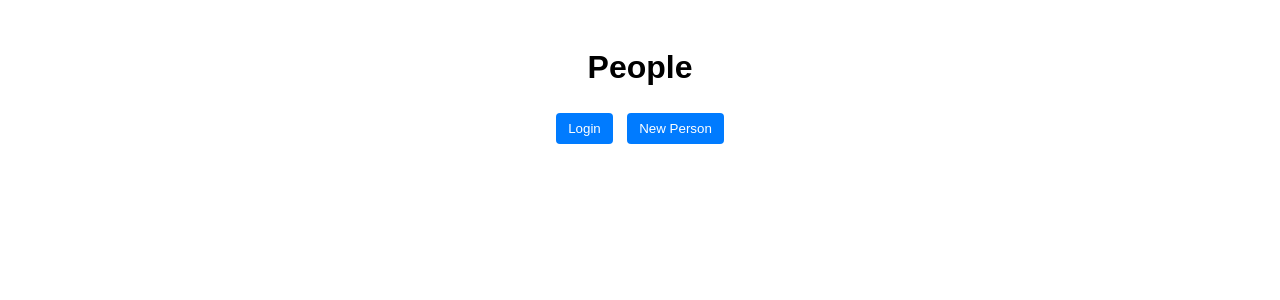
Repository: VutukuruVarshini/json
Page: index.html
These files come from the project's save history. The page is drawn as it stood at one moment and after a run of saves; the edit follows.
The browser window is 1280 px wide. The pictures show the whole page.

Above is the page before, as saved 2025-09-05 10:46:27.

### index.html
<!--hi-->

<!DOCTYPE html>
<html lang="en">
<head>
  <meta charset="UTF-8">
  <title>People App</title>
  <link rel="stylesheet" href="style.css">
</head>
<body>
  <h1>People </h1>

  <!-- Option to choose Login or New Entry -->
   <div id="option-container">
    <button id="login-btn">Login</button>
     <button id="new-entry-btn">New Person</button>
    </div>
    <!-- Login Form -->
    <div id="login-container">
    </div>


  <form id="personForm">
  <input type="text" id="first_name" placeholder="First Name" required>
  <input type="text" id="last_name" placeholder="Last Name" required>
  <input type="email" id="email" placeholder="Email" required>

  <!-- Avatar: URL OR File -->
  <input type="text" id="avatar_url" placeholder="Avatar URL (optional)">
  <input type="file" id="avatar_file" accept="image/*">

  <button type="submit">Add</button>
  <button type="button" id="person-back-btn">⬅ Back</button>
</form>


<!-- Avatar Modal -->
<div id="avatar-modal" class="modal">
  <div class="modal-content">
    <span class="close-btn">&times;</span>
    <img id="modal-avatar" src="" alt="Profile Picture">
    <input type="file" id="new-avatar-file" accept="image/*">
    <div>
      <button id="save-avatar-btn">Save</button>
      <button id="back-avatar-btn">Back</button>
    </div>
  </div>
</div>


  <!-- Logout -->
  <button id="logout-btn">Logout</button>

  <!-- People Display -->
  <div id="people" class="people"></div>
  <div id="pagination" class="pagination"></div>

  <script src="script.js"></script>
</body>
</html>

### style.css


body {
  font-family: Arial, sans-serif;
  padding: 20px;
  text-align: center;
}

#login-container, #personForm {
  margin: 20px auto;
  max-width: 300px;
  display: none;
}

#personForm input, #login-container input {
  width: 90%;
  margin: 5px 0;
  padding: 8px;
}

button {
  padding: 8px 12px;
  margin: 5px;
  cursor: pointer;
}

button:disabled {
  cursor: not-allowed;
  opacity: 0.6;
}

/* People container */
#people {
  display: flex;
  flex-direction: column;
  gap: 20px;
  margin-top: 20px;
  align-items: center;
}

/* Row styling */
.row {
  display: flex;
  justify-content: center;
  gap: 20px;
}

/* First row → 4 profiles */
.row-4 .card {
  flex: 1 1 20%;
  max-width: 200px;
}

/* Second row → 2 profiles */
.row-2 .card {
  flex: 1 1 40%;
  max-width: 250px;
}

/* Card styling */
.card {
  border: 1px solid #ddd;
  border-radius: 8px;
  padding: 10px;
  position: relative;
  background: #f9f9f9;
  text-align: center;
  transition: transform 0.2s;
}

.card:hover {
  transform: scale(1.05);
}

.card img {
  width: 100px;
  height: 100px;
  border-radius: 50%;
  object-fit: cover;
  margin-bottom: 10px;
}

/* Menu styling */
.menu {
  position: absolute;
  top: 10px;
  right: 10px;
}

.menu-content {
  display: none;
  position: absolute;
  right: 0;
  background: white;
  border: 1px solid #ccc;
  padding: 5px;
  border-radius: 4px;
  z-index: 1;
}

/* Buttons inside menu (Save/Delete) */
.menu-content .save-btn,
.menu-content .delete-btn {
  display: block;
  width: 100%;
  border: none;
  background-color: #007bff;
  color: white;
  text-align: center;
  padding: 6px 0;
  margin-bottom: 4px; /* small gap between buttons */
  border-radius: 4px;
  cursor: pointer;
  transition: background 0.3s;
}

.menu-content .save-btn:hover,
.menu-content .delete-btn:hover {
  background-color: #0056b3;
}

/* Top buttons: Login, New Person, Logout */
button#login-btn,
button#new-entry-btn,
button#logout-btn {
  background-color: #007bff;
  color: white;
  border: none;
  padding: 8px 12px;
  border-radius: 4px;
  cursor: pointer;
  transition: background 0.3s;
}

button#login-btn:hover,
button#new-entry-btn:hover,
button#logout-btn:hover {
  background-color: #0056b3;
}

/* Avatar modal */
.modal {
  display: none;
  position: fixed;
  z-index: 1000;
  left: 0; top: 0;
  width: 100%; height: 100%;
  background-color: rgba(0,0,0,0.7);
  justify-content: center;
  align-items: center;
}

.modal-content {
  background: #fff;
  padding: 20px;
  border-radius: 8px;
  text-align: center;
  max-width: 400px;
  width: 90%;
}

.modal-content img {
  max-width: 200px;
  max-height: 200px;
  border-radius: 50%;
  margin-bottom: 15px;
}

.close-btn {
  position: absolute;
  top: 10px;
  right: 20px;
  font-size: 24px;
  cursor: pointer;
}

### script.js

// JS.js
const API_URL =       "http://localhost:8000/people"; // backend API //"https://vutukuruvarshini.github.io/json/people"
const UPLOAD_URL =    "http://localhost:8000/upload";// upload endpoint for avatars// "https://vutukuruvarshini.github.io/json/upload"

let currentPage = 1;
let isLoggedIn = false;
let currentUser = null;

// DOM Elements
const loginContainer = document.getElementById("login-container");
const personForm = document.getElementById("personForm");
const peopleContainer = document.getElementById("people");
const paginationContainer = document.getElementById("pagination");
const optionContainer = document.getElementById("option-container");
const loginBtnOption = document.getElementById("login-btn");
const newEntryBtnOption = document.getElementById("new-entry-btn");
const logoutBtn = document.getElementById("logout-btn");

// --- INITIAL STATE ---
function resetView() {
  optionContainer.style.display = "block";
  loginContainer.style.display = "none";
  personForm.style.display = "none";
  peopleContainer.style.display = "none";
  paginationContainer.style.display = "none";
  logoutBtn.style.display = "none";
}
resetView();

// --- Toggle Login / New Person ---
loginBtnOption.addEventListener("click", () => {
  optionContainer.style.display = "none";
  loginContainer.style.display = "block";
  personForm.style.display = "none";
});

newEntryBtnOption.addEventListener("click", () => {
  optionContainer.style.display = "none";
  personForm.style.display = "block";
  loginContainer.style.display = "none";
});

// --- Render Login Form ---
const loginForm = document.createElement("form");
loginForm.innerHTML = `
  <h2>Login</h2>
  <input type="text" id="login_name" placeholder="First Name" required>
  <input type="email" id="login_email" placeholder="Email" required>
  <button type="submit">Login</button>
`;
loginContainer.appendChild(loginForm);

// --- Helper: non-blocking success banner ---
function showBanner(msg, bg = "lightgreen") {
  const bar = document.createElement("div");
  bar.textContent = msg;
  bar.style.background = bg;
  bar.style.padding = "10px";
  bar.style.textAlign = "center";
  bar.style.fontWeight = "600";
  bar.style.borderBottom = "1px solid #ccc";
  document.body.prepend(bar);
  return bar;
}

// --- LOGIN ---
loginForm.addEventListener("submit", async (e) => {
  e.preventDefault();
  const name = document.getElementById("login_name").value.trim();
  const email = document.getElementById("login_email").value.trim();

  try {
    const res = await fetch(`${API_URL}/search?email=${encodeURIComponent(email)}`);
    const data = await res.json();
    const found = data.data.find(p => p.first_name.toLowerCase() === name.toLowerCase());

    if (found) {
      isLoggedIn = true;
      currentUser = found;

      const banner = showBanner("Login successful!");
      setTimeout(() => {
        banner.remove();
        showProfilesPage();
      }, 1000);
    } else {
      alert("Invalid login!");
    }
  } catch (err) {
    console.error(err);
    alert("Error logging in!");
  }
});

// --- ADD NEW PERSON ---
personForm.addEventListener("submit", async (e) => {
  e.preventDefault();

  const firstName = document.getElementById("first_name").value.trim();
  const lastName = document.getElementById("last_name").value.trim();
  const email = document.getElementById("email").value.trim();
  const avatarUrl = document.getElementById("avatar_url")?.value.trim() || "";
  const avatarFile = document.getElementById("avatar_file")?.files?.[0];

  let finalAvatarUrl = avatarUrl;

  if (avatarFile) {
    const formData = new FormData();
    formData.append("file", avatarFile);

    try {
      const uploadRes = await fetch(UPLOAD_URL, { method: "POST", body: formData });
      const uploadData = await uploadRes.json();
      finalAvatarUrl = uploadData.url;
    } catch (err) {
      console.error("Error uploading file:", err);
      alert("Error uploading image!");
      return;
    }
  }

  const person = { first_name: firstName, last_name: lastName, email, avatar: finalAvatarUrl };

  try {
    await fetch(API_URL, {
      method: "POST",
      headers: { "Content-Type": "application/json" },
      body: JSON.stringify(person)
    });
    alert("New person added successfully!");
    personForm.reset();
    loginContainer.style.display = "block";
    personForm.style.display = "none";
  } catch (err) {
    console.error(err);
    alert("Error adding new person!");
  }
});

// --- LOGOUT ---
logoutBtn.addEventListener("click", () => {
  isLoggedIn = false;
  currentUser = null;
  peopleContainer.innerHTML = "";
  paginationContainer.innerHTML = "";
  resetView();
});

// --- SHOW PROFILES PAGE ---
function showProfilesPage() {
  loginContainer.style.display = "none";
  personForm.style.display = "none";
  optionContainer.style.display = "none";
  logoutBtn.style.display = "block";
  peopleContainer.style.display = "block";
  paginationContainer.style.display = "block";
  loadPeople(1);
}

// --- LOAD PEOPLE ---
async function loadPeople(page = 1) {
  if (!isLoggedIn) return;

  try {
    const res = await fetch(`${API_URL}?page=${page}`);
    const data = await res.json();
    currentPage = page;

    // Clear container
    peopleContainer.innerHTML = "";

    const row4 = document.createElement("div");
    row4.style.display = "flex";
    row4.style.justifyContent = "space-between";
    row4.style.flexWrap = "wrap";
    row4.style.marginBottom = "20px";

    const row2 = document.createElement("div");
    row2.style.display = "flex";
    row2.style.justifyContent = "center";
    row2.style.gap = "20px";

    data.data.forEach((p, index) => {
      const card = document.createElement("div");
      card.classList.add("card");
      card.style.width = "23%";
      card.style.boxSizing = "border-box";
      card.style.textAlign = "center";

      const isOwner = currentUser.id === p.id;

      card.innerHTML = `
        <div style="position:relative;">
          <img src="${p.avatar}" alt="${p.first_name}" class="avatar-img"
            style="width:100px;height:100px;border-radius:50%;object-fit:cover;margin-bottom:10px;cursor:${isOwner ? "pointer" : "default"}"
            onerror="this.src='https://via.placeholder.com/100'">
          <h3 ${isOwner ? 'contenteditable="true"' : ""} style="margin:6px 0;">${p.first_name} ${p.last_name}</h3>
          <p ${isOwner ? 'contenteditable="true"' : ""} class="email-field" style="margin:0;">${p.email}</p>

          <div class="menu" style="position:absolute;top:10px;right:10px;">
            <button class="menu-btn">⋮</button>
            <div class="menu-content" style="display:none;position:absolute;right:0;background:#fff;border:1px solid #ccc;padding:5px;border-radius:4px;z-index:1;">
              ${isOwner ? `<button class="save-btn">Save</button><button class="delete-btn">Delete</button>` : ""}
            </div>
          </div>
        </div>
      `;

      card.querySelector(".menu-btn").addEventListener("click", () => {
        const menu = card.querySelector(".menu-content");
        menu.style.display = menu.style.display === "block" ? "none" : "block";
      });

      if (isOwner) {
        const saveBtn = card.querySelector(".save-btn");
        const deleteBtn = card.querySelector(".delete-btn");
        const avatarImg = card.querySelector(".avatar-img");

        avatarImg.addEventListener("click", () => openAvatarModal(p));

        saveBtn.addEventListener("click", async () => {
          const nameText = card.querySelector("h3").textContent.trim().split(/\s+/);
          const emailText = card.querySelector(".email-field").textContent.trim();
          const updated = {
            first_name: nameText[0],
            last_name: nameText.slice(1).join(" "),
            email: emailText,
            avatar: p.avatar
          };

          await fetch(`${API_URL}/${p.id}`, {
            method: "PUT",
            headers: { "Content-Type": "application/json" },
            body: JSON.stringify(updated)
          });

          alert("Profile updated!");
          loadPeople(currentPage);
        });

        deleteBtn.addEventListener("click", async () => {
          if (!confirm("Are you sure you want to delete your profile?")) return;
          await fetch(`${API_URL}/${p.id}`, { method: "DELETE" });
          alert("Profile deleted!");
          logoutBtn.click();
        });
      }

      if (index < 4) row4.appendChild(card);
      else row2.appendChild(card);
    });

    peopleContainer.appendChild(row4);
    peopleContainer.appendChild(row2);

    // Pagination
    paginationContainer.innerHTML = "";
    for (let i = 1; i <= data.total_pages; i++) {
      const btn = document.createElement("button");
      btn.textContent = i;
      if (i === page) btn.disabled = true;
      btn.addEventListener("click", () => loadPeople(i));
      paginationContainer.appendChild(btn);
    }
  } catch (err) {
    console.error(err);
    alert("Error loading profiles!");
  }
}

// --- Avatar Zoom + Change Modal ---
function openAvatarModal(person) {
  const overlay = document.createElement("div");
  overlay.style.position = "fixed";
  overlay.style.inset = "0";
  overlay.style.background = "rgba(0,0,0,0.6)";
  overlay.style.display = "flex";
  overlay.style.alignItems = "center";
  overlay.style.justifyContent = "center";
  overlay.style.zIndex = "9999";

  const modal = document.createElement("div");
  modal.style.background = "#fff";
  modal.style.padding = "16px";
  modal.style.borderRadius = "8px";
  modal.style.maxWidth = "90vw";
  modal.style.boxSizing = "border-box";
  modal.style.textAlign = "center";

  modal.innerHTML = `
    <img src="${person.avatar}" alt="avatar" style="max-width:300px; width:100%; height:auto; border-radius:8px;">
    <input type="file" id="newAvatarFile" accept="image/*" style="margin-top:10px; display:block; width:100%;">
    <div style="margin-top:10px;">
      <button id="uploadNewAvatar">Upload</button>
      <button id="closeModal">Back</button>
    </div>
  `;

  overlay.appendChild(modal);
  document.body.appendChild(overlay);

  modal.querySelector("#closeModal").addEventListener("click", () => overlay.remove());

  modal.querySelector("#uploadNewAvatar").addEventListener("click", async () => {
    const fileInput = modal.querySelector("#newAvatarFile");
    if (fileInput.files.length === 0) return alert("Select a file first!");

    const formData = new FormData();
    formData.append("file", fileInput.files[0]);

    try {
      const uploadRes = await fetch(UPLOAD_URL, { method: "POST", body: formData });
      const uploadData = await uploadRes.json();

      const updated = { ...person, avatar: uploadData.url };

      await fetch(`${API_URL}/${person.id}`, {
        method: "PUT",
        headers: { "Content-Type": "application/json" },
        body: JSON.stringify(updated)
      });

      alert("Avatar updated!");
      overlay.remove();
      loadPeople(currentPage);
    } catch (err) {
      console.error(err);
      alert("Failed to upload avatar");
    }
  });
}

After the next 2 saves:
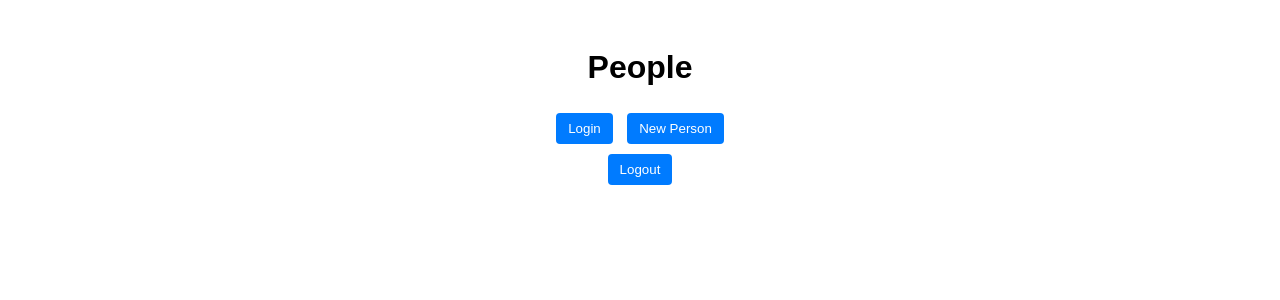
Console error: SyntaxError: Unexpected token '<'
The 2 saves are shown as one change because they came seconds apart.
The last was saved 4 min 23 s later.
--- a/script.js
+++ b/script.js
@@ -91,6 +91,7 @@
     console.error(err);
     alert("Error logging in!");
   }
+   <button type="button" id="login-back-btn">⬅ Back</button>
 });
 
 // --- ADD NEW PERSON ---

After the save that followed:
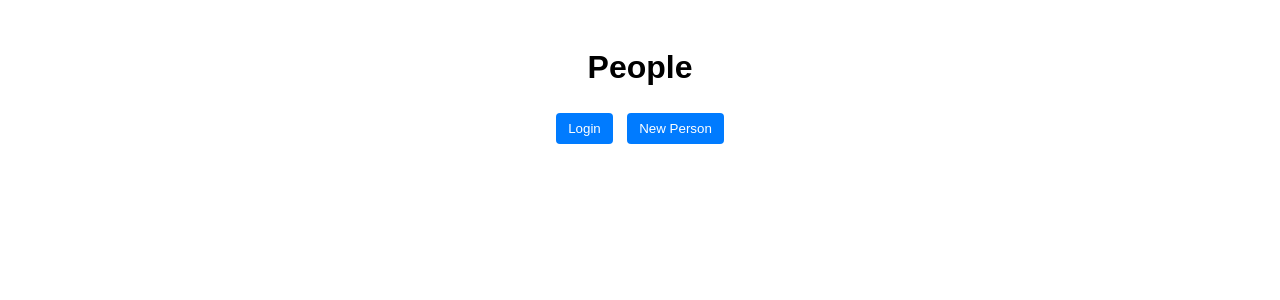
The error is gone.
Saved 97 s later.
--- a/script.js
+++ b/script.js
@@ -91,7 +91,6 @@
     console.error(err);
     alert("Error logging in!");
   }
-   <button type="button" id="login-back-btn">⬅ Back</button>
 });
 
 // --- ADD NEW PERSON ---
